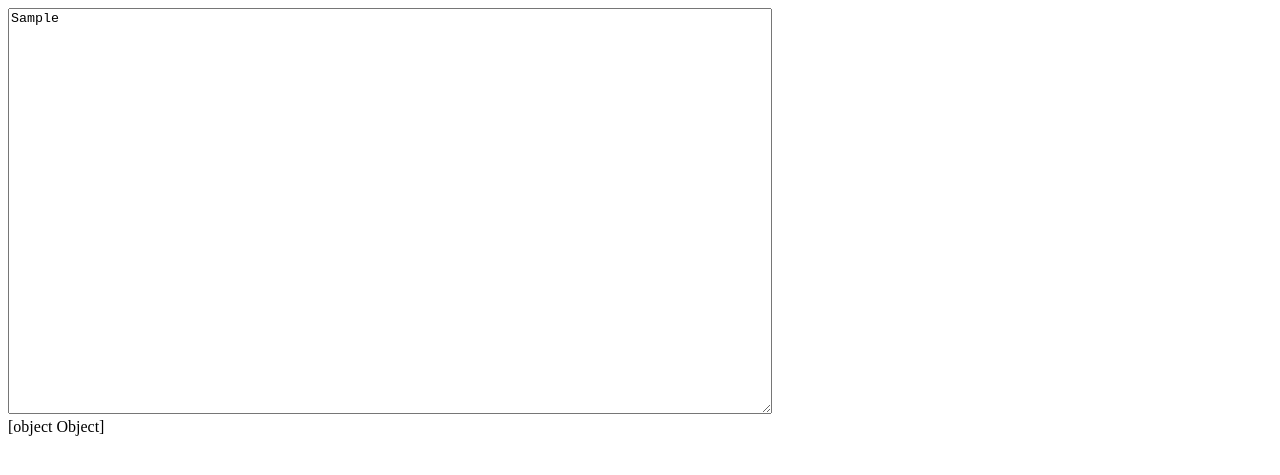
Repository: Gyeboorovsky/Playground
Page: Lettter Counter for Daniel/LetterCounter.html
An editor plug-in stored every save of this project. The page is shown before and after the next save, followed by the edit.
The browser window is 1280 px wide. The pictures show the whole page.
Empty fields were first filled with sample values (such as "Sample", 5 or name@example.com).
After loading, the first visible `#input` was changed once.

Above is the page before, as saved 2020-04-05 01:41:43.

After the next save:
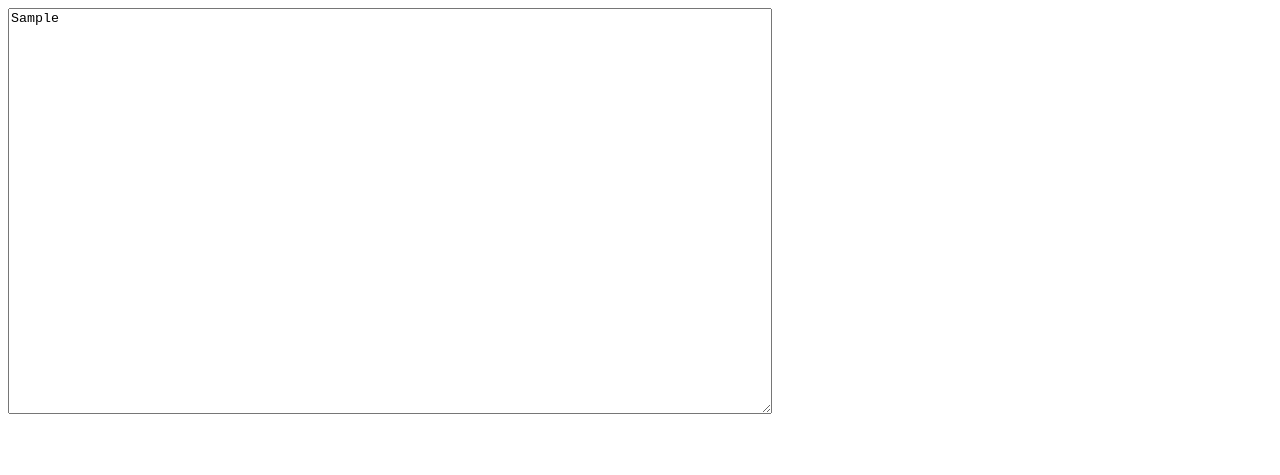
Console error: SyntaxError: Unexpected token '{'
Saved 5 min 0 s later.
--- a/Lettter Counter for Daniel/LetterCounter.html
+++ b/Lettter Counter for Daniel/LetterCounter.html
@@ -14,7 +14,10 @@
                 textLength = text.length;
                 var result = [...text].reduce((a, e) => { a[e] = a[e] ? a[e] + 1 : 1; return a }, {});
                 console.log(result); // {h: 1, e: 1, l: 2, o: 1}
-                document.getElementById("countedLetters").innerHTML = result;
+
+                result.foreach(item, index) {
+                    document.getElementById("countedLetters").innerHTML += item + "<br>";
+                }
             }
         </script>
         <div id="countedLetters">
